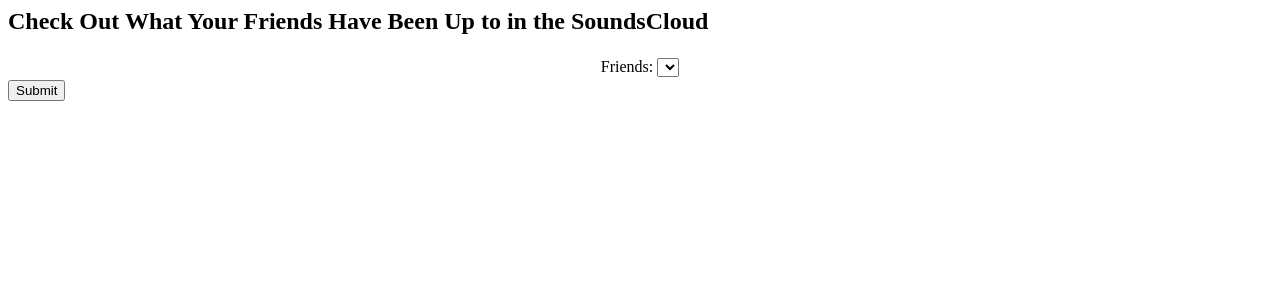
Repository: jaymccrey/wichacks2017
Page: http://localhost/Yan-Test/my_friends.php
The author's editor kept a record of every edit. The page is drawn from the files as they stood at one moment, then again after the next edit.
The browser window is 1280 px wide. The pictures show the whole page.
The page is run by PHP 8.4 with error messages shown; the project is at /var/www/html/. Queries for data that is not in the repository find no rows.

Above is the page before.

After the next edit:
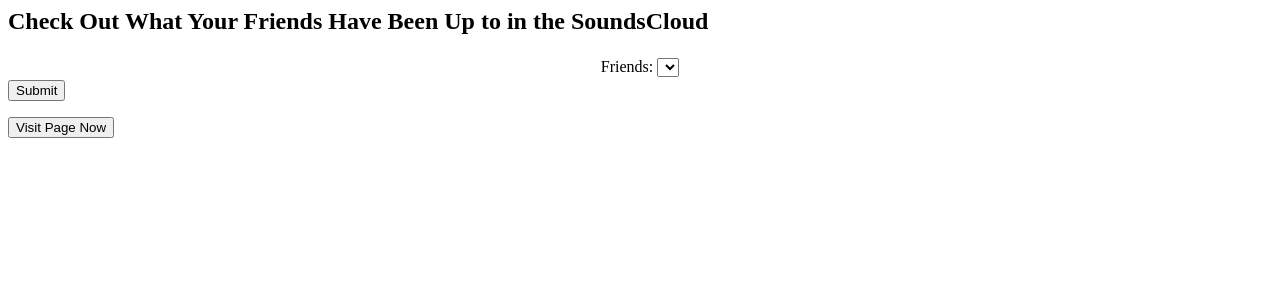
The edit:
--- a/Yan-Test/my_friends.php
+++ b/Yan-Test/my_friends.php
@@ -55,3 +55,5 @@
 
 
   </form>
+
+  <button onclick="window.location='http://www.google.com';">Visit Page Now</button>
